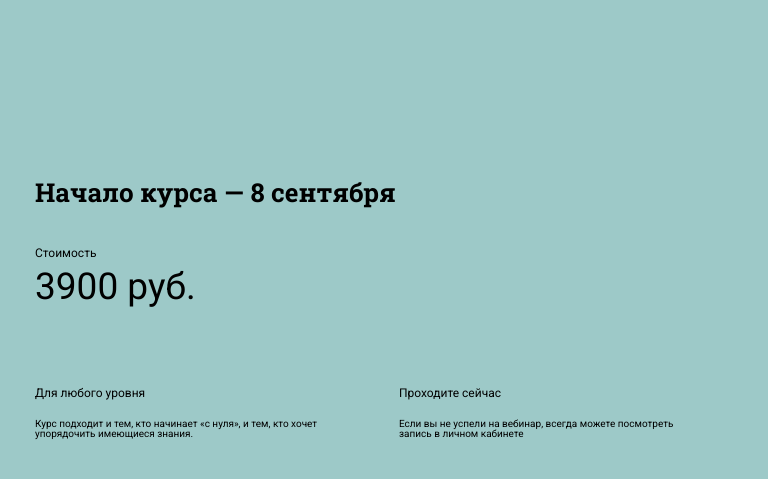
Repository: SabrinaSeydaliyeva/Task3
Page: index.html
The author's editor kept a copy of each file at every save. The page is drawn from the files as they stood at one save, then again after the next save.
The browser window is 768 px wide. The pictures show the whole page.

Above is the page before, as saved 2023-05-16 16:11:40.

After the next save:
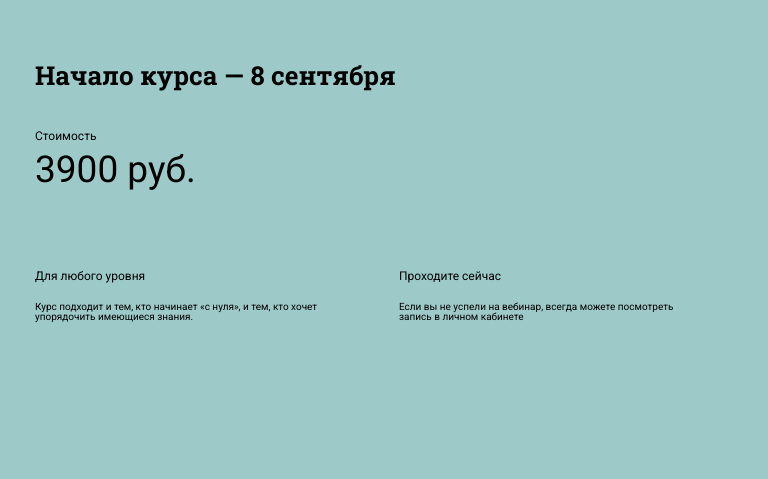
Saved 5 s later.
--- a/index.css
+++ b/index.css
@@ -114,7 +114,7 @@ li:nth-child(1) {
     /* mobile */
     .container {
         padding-left: 35px;
-        padding-top: 179px;
+        padding-top: 62px;
 
 
     }
